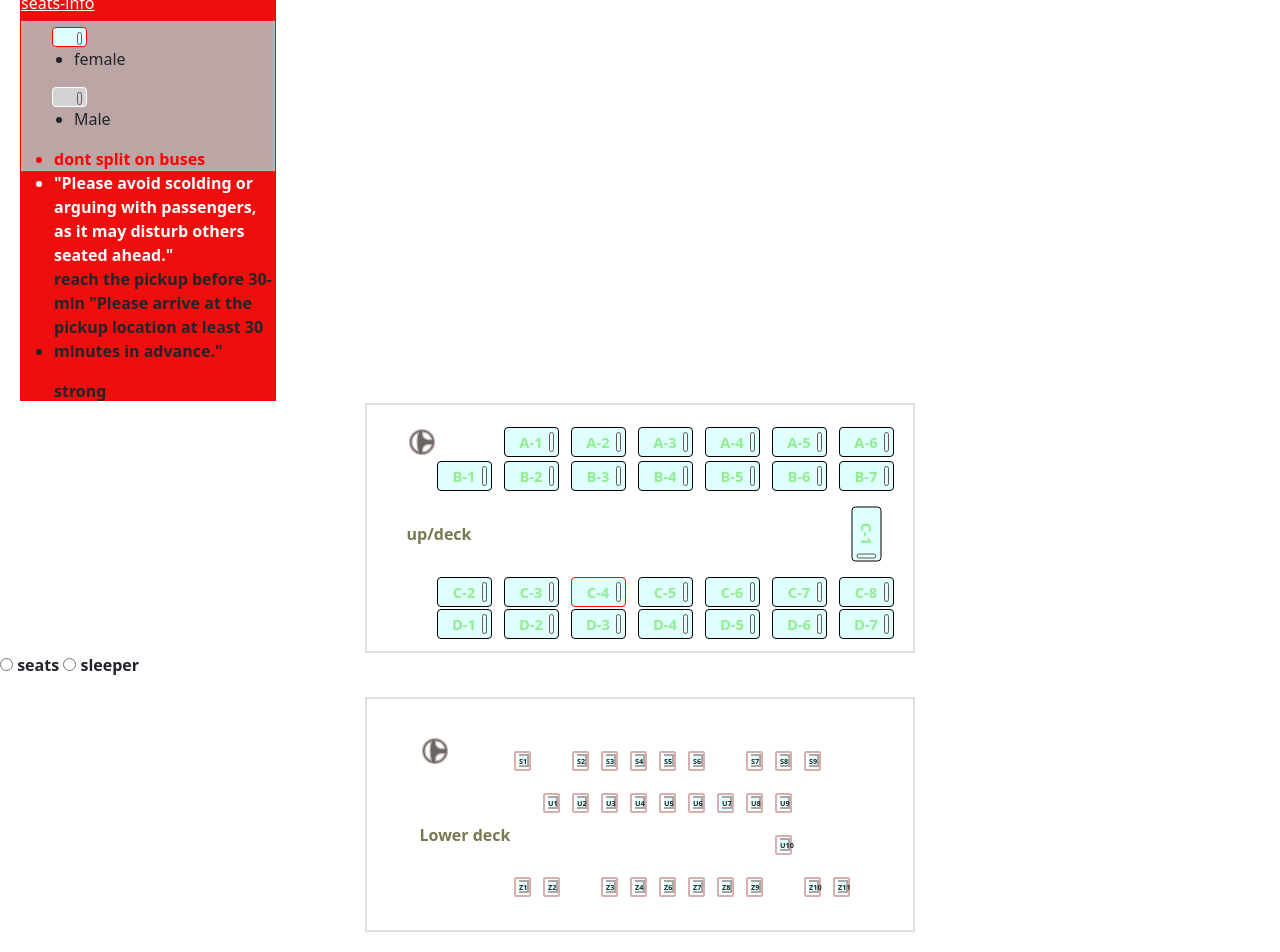
Repository: mohanmania/Redbus_Clone
Page: js-project/seat-selection/seats.html
An editor plug-in stored every save of this project. The page is shown before and after a run of saves, followed by the edit.
The browser window is 1280 px wide. The pictures show the part of the page from y = 432 to 1384 px (the page is 1384 px tall before and 1382 px after).
A picture or video elsewhere on the page could not be fetched, so the positions and the page height are approximate.

Above is the page before, as saved 2025-01-23 16:07:43.

After the next 4 saves:
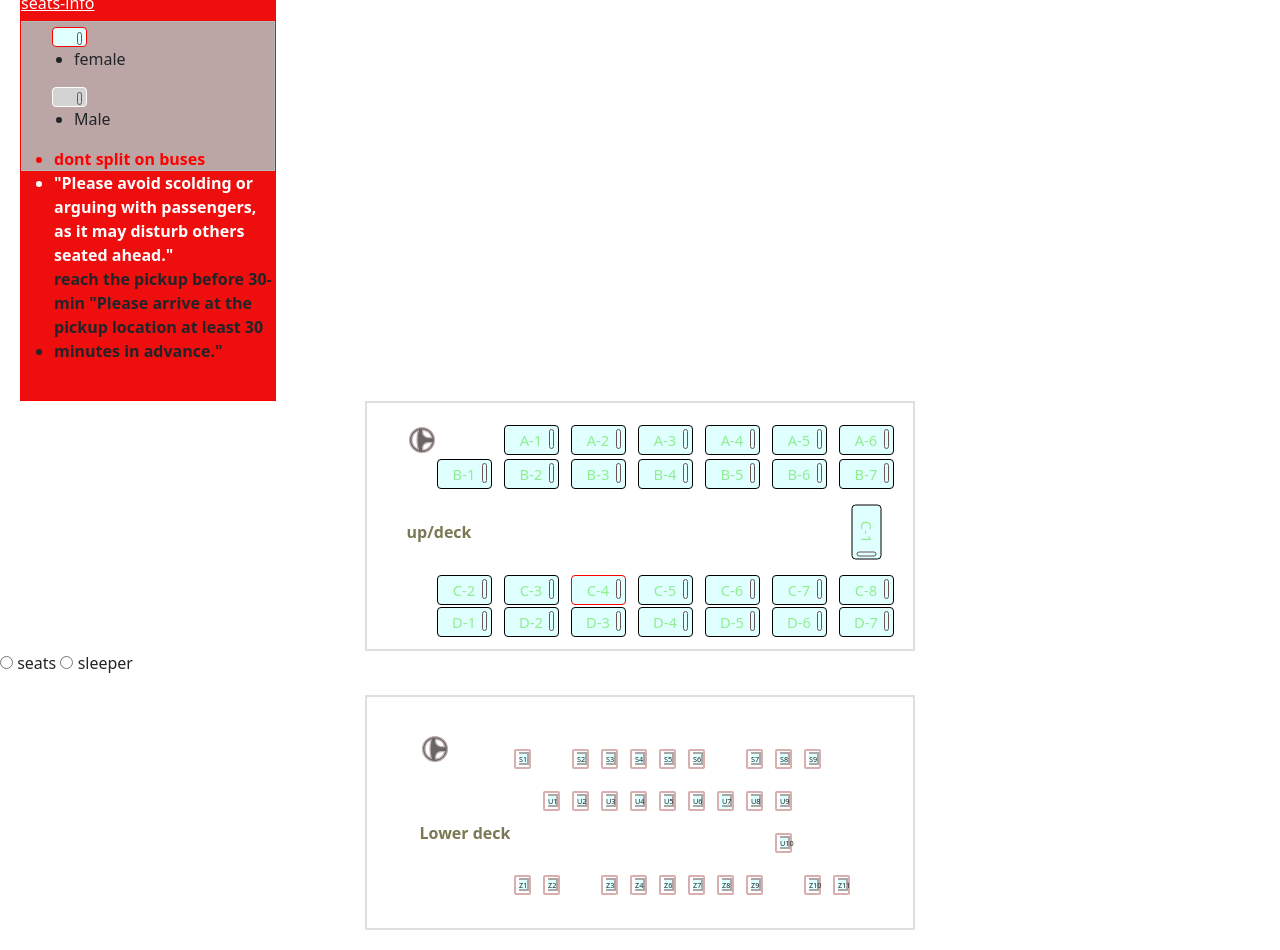
The 4 saves are shown as one change because they came seconds apart.
The last was saved 13 s later.
--- a/js-project/seat-selection/seats.html
+++ b/js-project/seat-selection/seats.html
@@ -330,7 +330,8 @@ input::placeholder {
         <li>
             <strong>
                  <p>reach the pickup before 30-min "Please arrive at the pickup location at least 30 minutes in advance."
-                    </p>strong
+                    </p>
+                </strong>
         </li>
     </ul>
 </div>
